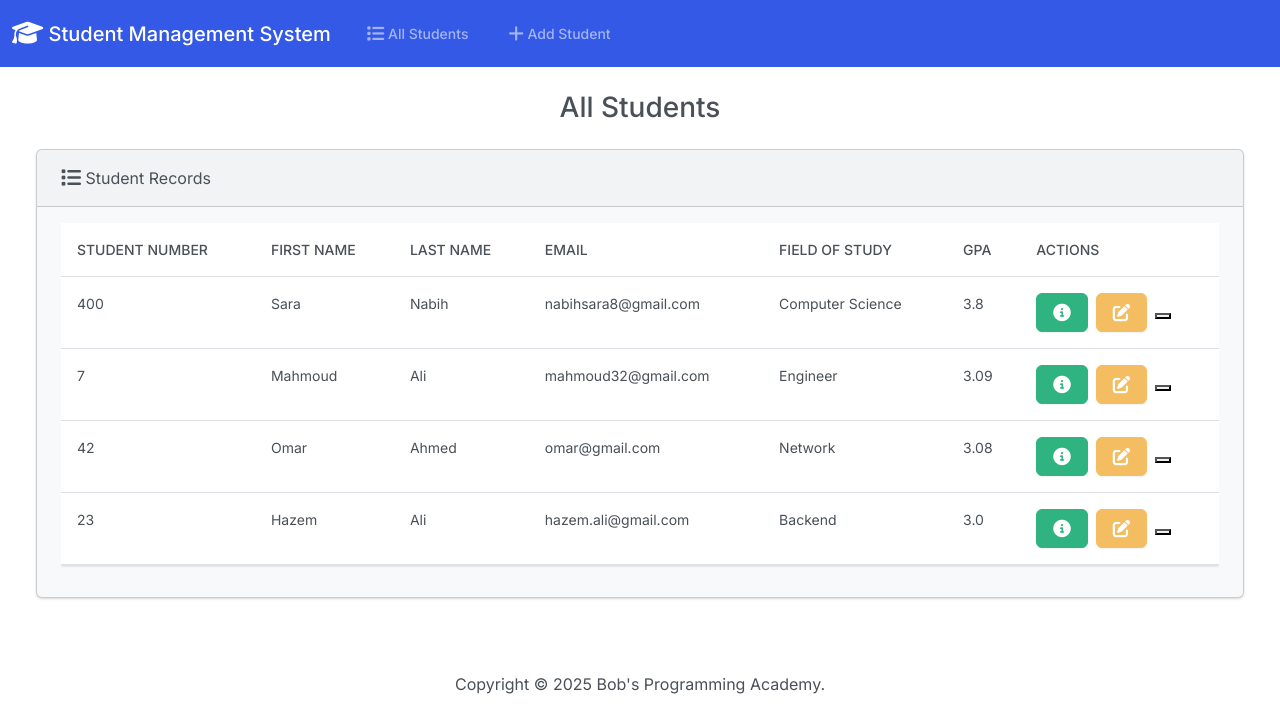
Repository: saraanbih/Student-Management-System
Page: http://localhost/
These files come from the project's save history. The page is drawn as it stood at one moment and after a run of saves; the edit follows.
The browser window is 1280 px wide. The pictures show the whole page.
Some web libraries are served in a nearby version. The page is served by the project's application, run on Django 5.2 (manage.py). Other server files are loaded and not shown. The page reads the database file committed with the project.

Above is the page before, as saved 2025-09-13 01:28:34.

### students/templates/students/index.html
{% extends "students/base.html" %}

{% block body %}
  <h3 class="m-4 text-center">All Students</h3>
  <div class="row">
    <div class="col-12">
      {% if students %}
        <div class="card bg-light ms-4 me-4 mb-4">
          <div class="card-header">
            <i class="fa-solid fa-list fa-lg"></i> Student Records
          </div>
          <div class="card-body">
            <div class="table-responsive">
              <table class="table table-hover">
                <thead>
                  <tr>
                    <th scope="col">Student Number</th>
                    <th scope="col">First Name</th>
                    <th scope="col">Last Name</th>
                    <th scope="col">Email</th>
                    <th scope="col">Field of Study</th>
                    <th scope="col">GPA</th>
                    <th scope="col">Actions</th>
                  </tr>
                </thead>
                <tbody>
                  {% for student in students %}
                    <tr>
                      <td>{{ student.student_number }}</td>
                      <td>{{ student.first_name }}</td>
                      <td>{{ student.last_name }}</td>
                      <td>{{ student.email }}</td>
                      <td>{{ student.field_of_study }}</td>
                      <td>{{ student.gpa }}</td>
                      <td>
                        <!-- View Button -->
                        <button
                          type="button"
                          class="btn btn-success me-1"
                          data-bs-toggle="modal"
                          data-bs-target="#myModal{{ student.student_id }}">
                          <i class="fa-solid fa-circle-info fa-lg"></i>
                        </button>

                        <!-- View Modal -->
                        <div class="modal fade" id="myModal{{ student.student_id }}" tabindex="-1" aria-labelledby="myModalLabel{{ student.student_id }}" aria-hidden="true">
                          <div class="modal-dialog" role="document">
                            <div class="modal-content">
                              <div class="modal-header">
                                <h5 class="modal-title" id="myModalLabel{{ student.student_id }}">
                                  Student: {{ student.first_name }} {{ student.last_name }}
                                </h5>
                                <button type="button" class="btn-close" data-bs-dismiss="modal" aria-label="Close"></button>
                              </div>
                              <div class="modal-body">
                                <ul class="list-unstyled">
                                  <li>Student Number: <strong>{{ student.student_number }}</strong></li>
                                  <li>First Name: <strong>{{ student.first_name }}</strong></li>
                                  <li>Last Name: <strong>{{ student.last_name }}</strong></li>
                                  <li>Email: <strong>{{ student.email }}</strong></li>
                                  <li>Field of Study: <strong>{{ student.field_of_study }}</strong></li>
                                  <li>GPA: <strong>{{ student.gpa }}</strong></li>
                                </ul>
                              </div>
                              <div class="modal-footer">
                                <button type="button" class="btn btn-primary" data-bs-dismiss="modal">Close</button>
                              </div>
                            </div>
                          </div>
                        </div>

                        <a class="btn btn-warning me-1" href="{% url 'edit' student.id %}">
                          <i class="fa-solid fa-pen-to-square fa-lg"></i>
                        </a>

                        <button type="button" class="b"></button>
                      </td>
                    </tr>
                  {% endfor %}
                </tbody>
              </table>
            </div>
          </div>
        </div>
      {% else %}
        <h5 class="card bg-light ms-4 me-4 mb-4 p-3">No Student Records</h5>
      {% endif %}
    </div>
  </div>
{% endblock %}

### students/templates/students/base.html
{% load static %}
<!DOCTYPE html>
<html lang="en">
  <head>
    <title>Student Management System</title>
    <link rel="stylesheet" href="https://cdnjs.cloudflare.com/ajax/libs/font-awesome/6.1.1/css/all.min.css">
    <link href="{% static 'css/bootstrap.min.css' %}" rel="stylesheet">
  </head>
  <body class="d-flex flex-column min-vh-100">
    <nav class="navbar navbar-expand-lg navbar-dark bg-primary">
      <div class="container-fluid">
        <a class="navbar-brand" href="{% url 'index' %}">
          <i class="fa-solid fa-graduation-cap fa-lg"></i> Student Management System
        </a>
        <button class="navbar-toggler" type="button" data-bs-toggle="collapse" data-bs-target="#navbarColor01" aria-controls="navbarColor01" aria-expanded="false" aria-label="Toggle navigation">
          <span class="navbar-toggler-icon"></span>
        </button>
        <div class="collapse navbar-collapse" id="navbarColor01">
          <ul class="navbar-nav me-auto">
            <li class="nav-item">
              <a class="nav-link" href="{% url 'index' %}">
                <i class="fa-solid fa-list fa-lg"></i> All Students
              </a>
            </li>
            <li class="nav-item">
              <a class="nav-link" href="{% url 'add' %}">
                <i class="fa-solid fa-plus fa-lg"></i> Add Student
              </a>
            </li>
          </ul>
        </div>
      </div>
    </nav>
    <div class="container-fluid">
      {% block body %}
      {% endblock %}
    </div>
    <footer class="mt-auto mb-4">
      <div class="text-center">
        <span>
          Copyright &copy; <script>document.write(new Date().getFullYear())</script> Bob's Programming Academy.
        </span>
      </div>
    </footer>
    <script src="https://cdn.jsdelivr.net/npm/bootstrap@5.0.2/dist/js/bootstrap.bundle.min.js"></script>
  </body>
</html>

### students/models.py
from django.db import models

# Create your models here.

class Student(models.Model):
  student_number = models.PositiveBigIntegerField()
  first_name = models.CharField(max_length=50)
  last_name = models.CharField(max_length=50)
  email = models.EmailField(max_length=100)
  field_of_study = models.CharField(max_length=50)
  gpa = models.FloatField()

  def __str__(self):
    return f"{self.first_name} {self.last_name}"

### students/views.py
from django.http import HttpResponseRedirect
from django.shortcuts import render
from django.urls import reverse

from .models import Student
from .forms import StudentForm

def index(request):
    return render(request, 'students/index.html', {
        'students': Student.objects.all()
    })

def view_student(request, student_id):
    student = get_object_or_404(Student, pk=student_id)
    return render(request, 'students/view.html', {
        'student': student
    })

def add(request):
    if request.method == 'POST':
        form = StudentForm(request.POST)
        if form.is_valid():
            form.save()
            return render(request, 'students/add.html', {
                'form': StudentForm(),
                'success': True
            })
    else:
        form = StudentForm()

    return render(request, 'students/add.html', {
        'form': form
    })

def edit(request, student_id):
    student = get_object_or_404(Student, pk=student_id)

    if request.method == 'POST':
        form = StudentForm(request.POST, instance=student)
        if form.is_valid():
            form.save()
            return render(request, 'students/edit.html', {
                'form': form,
                'student': student,
                'success': True
            })
    else:
        form = StudentForm(instance=student)

    return render(request, 'students/edit.html', {
        'form': form,
        'student': student
    })

def delete(request, id):
  if request.method == 'POST':
    student = Student.objects.get(pk=id)
    student.delete()
  return HttpResponseRedirect(reverse('index'))

### django_project/urls.py
"""
URL configuration for django_project project.

The `urlpatterns` list routes URLs to views. For more information please see:
    https://docs.djangoproject.com/en/5.2/topics/http/urls/
Examples:
Function views
    1. Add an import:  from my_app import views
    2. Add a URL to urlpatterns:  path('', views.home, name='home')
Class-based views
    1. Add an import:  from other_app.views import Home
    2. Add a URL to urlpatterns:  path('', Home.as_view(), name='home')
Including another URLconf
    1. Import the include() function: from django.urls import include, path
    2. Add a URL to urlpatterns:  path('blog/', include('blog.urls'))
"""
from django.contrib import admin
from django.urls import path, include

urlpatterns = [
    path('admin/', admin.site.urls),
    path('', include('students.urls')),
]

### students/urls.py
from django.urls import path
from . import views

urlpatterns = [
  path('', views.index, name='index'),
  path('<int:student_id>/', views.view_student, name='view_student'),
  path('add/', views.add, name='add'),
  path('edit/<int:student_id>/', views.edit, name='edit'),
  path('delete/<int:student_id>/', views.delete, name='delete'),
]

### db.sqlite3 (the tables this page reads, as SQL)
CREATE TABLE "students_student" ("id" integer NOT NULL PRIMARY KEY AUTOINCREMENT, "first_name" varchar(50) NOT NULL, "last_name" varchar(50) NOT NULL, "email" varchar(100) NOT NULL, "field_of_study" varchar(50) NOT NULL, "gpa" real NOT NULL, "student_number" bigint unsigned NOT NULL CHECK ("student_number" >= 0));
INSERT INTO "students_student" VALUES
(4, 'Sara', 'Nabih', 'nabihsara8@gmail.com', 'Computer Science', 3.8, 400),
(6, 'Mahmoud', 'Ali', 'mahmoud32@gmail.com', 'Engineer', 3.09, 7),
(7, 'Omar', 'Ahmed', 'omar@gmail.com', 'Network', 3.08, 42),
(8, 'Hazem', 'Ali', 'hazem.ali@gmail.com', 'Backend', 3.0, 23);

Loaded but not shown: students/static/css/bootstrap.min.css (library)

After the next 2 saves:
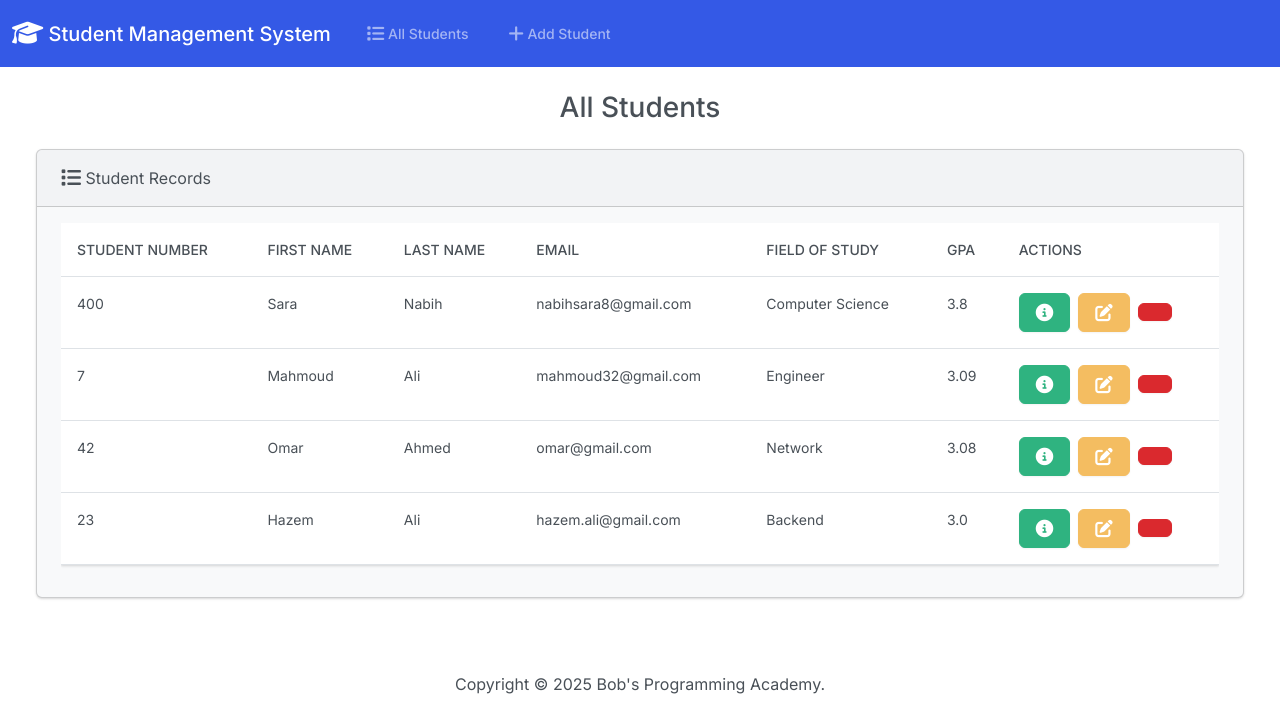
The 2 saves are shown as one change because they came seconds apart.
The last was saved 8 s later.
--- a/students/templates/students/index.html
+++ b/students/templates/students/index.html
@@ -73,7 +73,7 @@
                           <i class="fa-solid fa-pen-to-square fa-lg"></i>
                         </a>
 
-                        <button type="button" class="b"></button>
+                        <button type="button" class="btn btn-danger"></button>
                       </td>
                     </tr>
                   {% endfor %}
